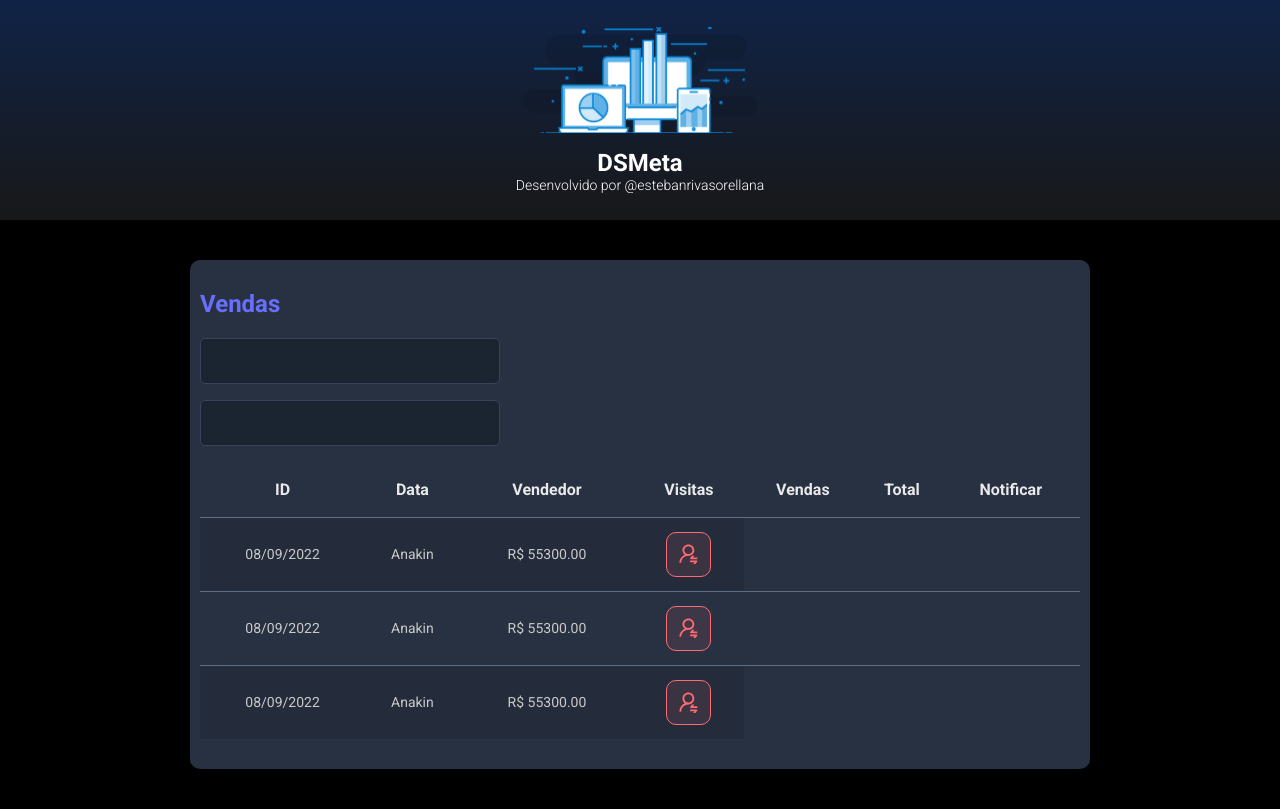
Repository: estebanrivas/dsmeta-css
Page: index.html
These files come from the project's save history. The page is drawn as it stood at one moment and after the next save; the edit follows.
The browser window is 1280 px wide. The pictures show the whole page.

Above is the page before, as saved 2022-09-08 22:24:38.

### index.html
<!DOCTYPE html>
<html lang="en">

<head>
    <meta charset="UTF-8">
    <meta http-equiv="X-UA-Compatible" content="IE=edge">
    <meta name="viewport" content="width=device-width, initial-scale=1.0">
    <title>DSMeta</title>

    <link rel="stylesheet" href="css/styles.css">
</head>

<body>
    <header>
        <div class="dsmeta-logo-container">
            <img src="images/logo.svg" alt="DSMeta">
            <h1>DSMeta</h1>
            <p>Desenvolvido por
                <a href="https://www.instagram.com/estebanrivasorellana/">@estebanrivasorellana</a>
            </p>
        </div>
    </header>

    <main>
        <section id="sales">
            <div class="dsmeta-container">
                <div class="dsmeta-card">
                    <h2 class="dsmeta-sales-title">Vendas</h2>

                    <div>
                        <div class="dsmeta-form-control-container">
                            <input class="dsmeta-form-control" type="text">
                        </div>
                        <div class="dsmeta-form-control-container">
                            <input class="dsmeta-form-control" type="text">
                        </div>
                    </div>

                    <div>
                        <table class="dsmeta-sales-table">
                            <thead>
                                <tr>
                                    <th class="show900">ID</th>
                                    <th class="show576">Data</th>
                                    <th>Vendedor</th>
                                    <th class="show900">Visitas</th>
                                    <th class="show900">Vendas</th>
                                    <th>Total</th>
                                    <th>Notificar</th>
                                </tr>
                            </thead>
                            <tbody>
                                <tr>
                                    <td class="show576">08/09/2022</td>
                                    <td>Anakin</td>
                                    <td>R$ 55300.00</td>
                                    <td>
                                        <div class="dsmeta-red-btn-container">
                                            <div class="dsmeta-red-btn">
                                                <img src="images/notification-icon.svg" alt="Notificar">
                                            </div>
                                        </div>
                                    </td>
                                </tr>
                                <tr>
                                    <td class="show576">08/09/2022</td>
                                    <td>Anakin</td>
                                    <td>R$ 55300.00</td>
                                    <td>
                                        <div class="dsmeta-red-btn-container">
                                            <div class="dsmeta-red-btn">
                                                <img src="images/notification-icon.svg" alt="Notificar">
                                            </div>
                                        </div>
                                    </td>
                                </tr>
                                <tr>
                                    <td class="show576">08/09/2022</td>
                                    <td>Anakin</td>
                                    <td>R$ 55300.00</td>
                                    <td>
                                        <div class="dsmeta-red-btn-container">
                                            <div class="dsmeta-red-btn">
                                                <img src="images/notification-icon.svg" alt="Notificar">
                                            </div>
                                        </div>
                                    </td>
                                </tr>
                            </tbody>
                        </table>
                    </div>
                </div>
            </div>
        </section>
    </main>


</body>

</html>

### css/styles.css
@import url("https://fonts.googleapis.com/css2?family=Roboto:wght@300;400;700&display=swap");

* {
  font-family: "Roboto", sans-serif;
  box-sizing: border-box;
  margin: 0;
  padding: 0;
}

body,
html {
  background-color: #000;
  color: #fff;
}

a,
a:hover,
a:visited {
  color: unset;
  text-decoration: none;
}

header {
  height: 220px;
  background: linear-gradient(180deg, #102347 0%, #181818 100%);
  display: flex;
  align-items: center;
  justify-content: center;
}

.dsmeta-logo-container {
  display: flex;
  flex-direction: column;
  align-items: center;
}

.dsmeta-logo-container img {
  width: 235px;
}

.dsmeta-logo-container h1 {
  padding-top: 15px;
  font-size: 24px;
}

.dsmeta-logo-container p {
  font-size: 14px;
  font-weight: 300;
}

#sales {
  padding: 40px 10px;
}

.dsmeta-container {
  width: 100%;
  max-width: 900px;
  margin: 0 auto;
}

.dsmeta-card {
  background-color: #283142;
  border-radius: 10px;
  padding: 30px 10px;
}

.dsmeta-form-control-container {
  margin-bottom: 16px;
  max-width: 300px;
}

.dsmeta-form-control {
  width: 100%;
  height: 46px;
  background-color: #1b2531;
  border: 1px solid #384459;
  border-radius: 5px;
  color: #9aaabe;
  padding: 0 20px;
  font-size: 18px;
  font-weight: 400;
}

.dsmeta-sales-title {
  color: #676fff;
  font-size: 24px;
  margin-bottom: 20px;
}

.dsmeta-sales-table {
  width: 100%;
  border-spacing: 0;
  border-collapse: collapse;
}

.dsmeta-sales-table thead {
  height: 55px;
  font-size: 16px;
  color: #e9e9e9;
  font-weight: 700;
}

.dsmeta-sales-table tbody {
  font-size: 14px;
  font-weight: 400;
  color: #c9c9c9;
  text-align: center;
}

.dsmeta-sales-table tbody tr {
  height: 74px;
  border-top: 1px solid #5f6e82;
}

.dsmeta-sales-table tbody tr:hover > td {
  background-color: #384459;
}

.dsmeta-sales-table tbody tr:nth-child(odd) {
  background-color: #242c3b;
}

.dsmeta-red-btn-container{
    display: flex;
    justify-content: center;
}

.dsmeta-red-btn {
  height: 45px;
  width: 45px;
  display: flex;
  align-items: center;
  justify-content: center;
  background: rgba(255, 107, 114, 0.1);
  border: 1px solid #ff6b72;
  border-radius: 10px;
  cursor: pointer;
}

.dsmeta-red-btn img{
    width: 19px;
}

.show576{
    display: none;
}

@media (min-width: 576px){
    .show576{
        display: table-cell;
    }
}

After the next save:
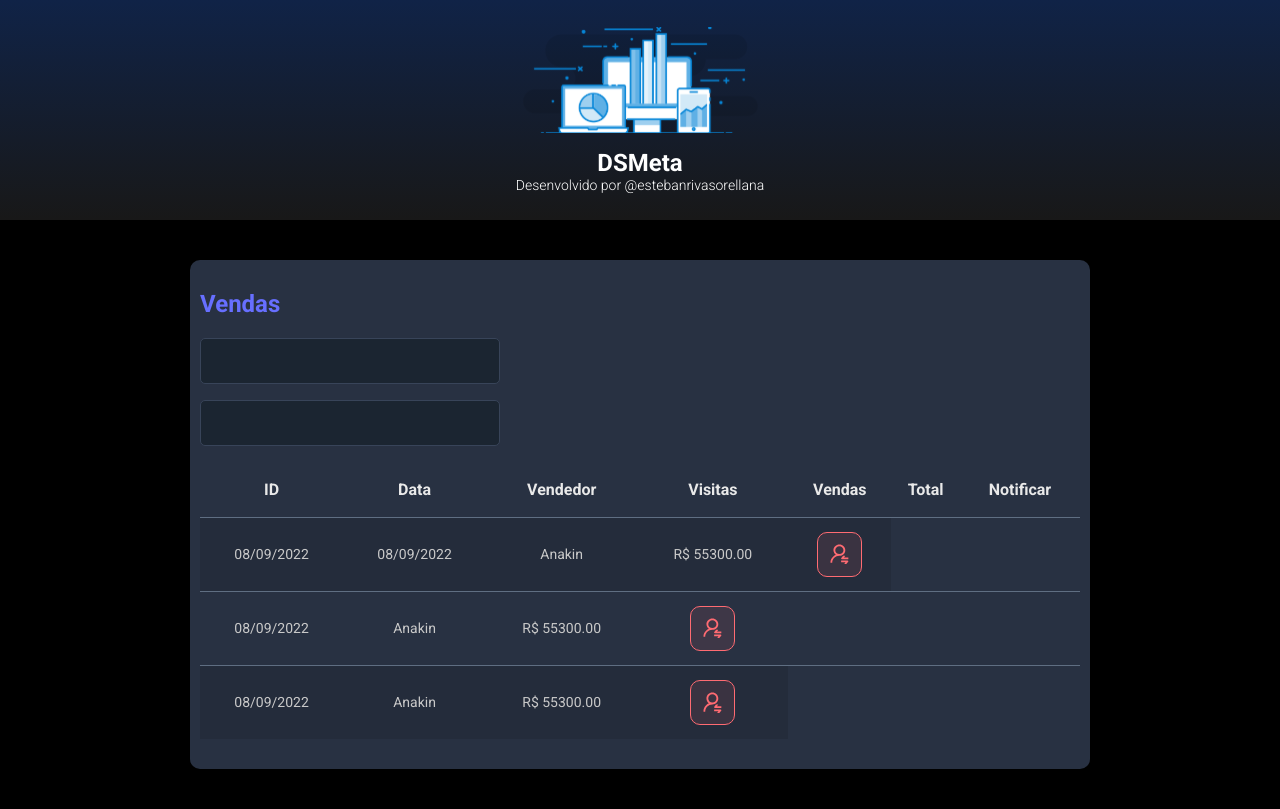
Saved 15 s later.
--- a/index.html
+++ b/index.html
@@ -52,6 +52,7 @@
                             <tbody>
                                 <tr>
                                     <td class="show576">08/09/2022</td>
+                                    <td class="show576">08/09/2022</td>
                                     <td>Anakin</td>
                                     <td>R$ 55300.00</td>
                                     <td>
